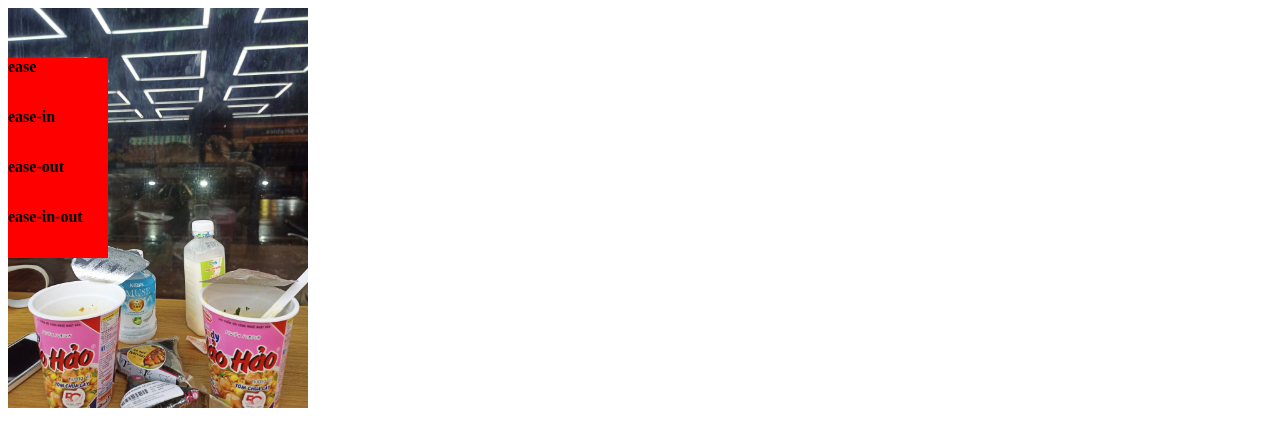
Repository: Hanhanh06/0907
Page: code/0908.html
These files come from the project's save history. The page is drawn as it stood at one moment and after the next save; the edit follows.
The browser window is 1280 px wide. The pictures show the whole page.

Above is the page before, as saved 2023-08-09 21:34:37.

After the next save:
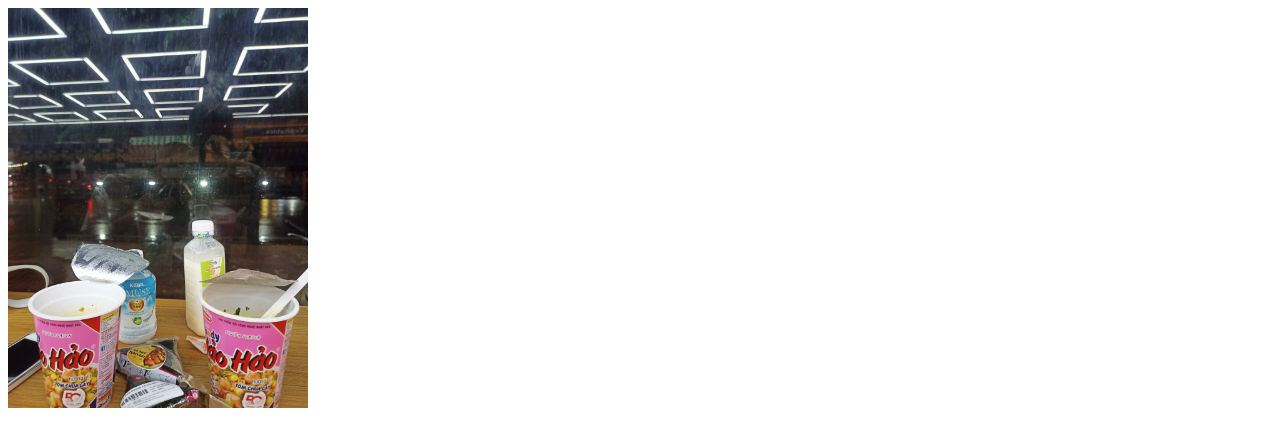
Saved 29 s later.
--- a/code/0908.html
+++ b/code/0908.html
@@ -34,11 +34,6 @@
        <div id="div1"> <img src="01.jpg" alt="Hình ảnh không tồn tại" width="300px"> </div>
 
 
-        <div id="div2">ease</div>
-        <div id="div3">ease-in</div>
-        <div id="div4">ease-out</div>
-        <div id="div5">ease-in-out</div>
-
 
 
 </body>
